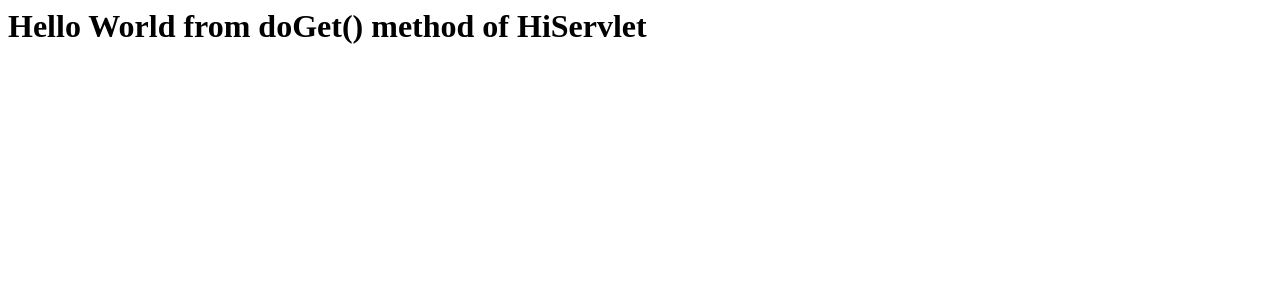
Repository: jacBowGo/revJava
Page: http://localhost/mine_first_servlet_app_demo/hi
An editor plug-in stored every save of this project. The page is shown before and after the next save, followed by the edit.
The browser window is 1280 px wide. The pictures show the whole page.
The page is served by Tomcat 9.

Above is the page before, as saved 2020-10-11 20:01:47.

After the next save:
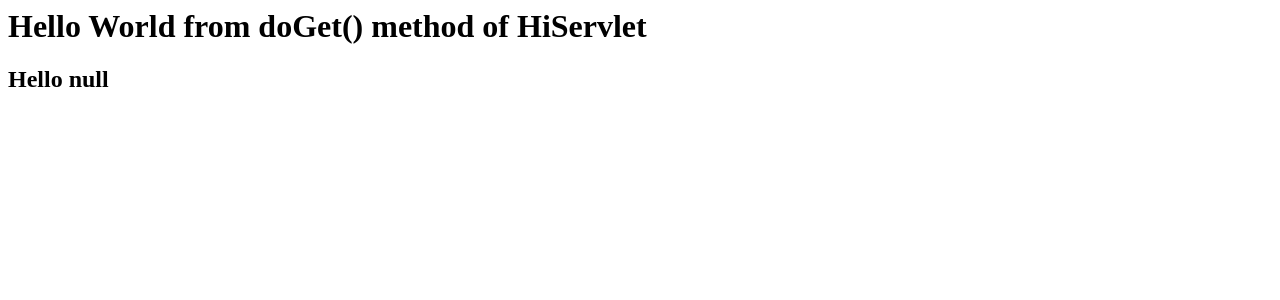
Saved 34 min 59 s later.
--- a/ASSIGNMENTS/mine_first_servlet_app_demo/src/com/app/controller/HiServlet.java
+++ b/ASSIGNMENTS/mine_first_servlet_app_demo/src/com/app/controller/HiServlet.java
@@ -29,6 +29,7 @@ public class HiServlet extends HttpServlet {
 		response.setContentType("text/html");
 		PrintWriter out = response.getWriter();
 		out.print("<h1>Hello World from doGet() method of HiServlet</h>");
+		out.print("<h2>Hello " + request.getParameter("fname") + "</h2");
 	}
 
 	/**
@@ -38,6 +39,7 @@ public class HiServlet extends HttpServlet {
 		response.setContentType("text/html");
 		PrintWriter out = response.getWriter();
 		out.print("<h1>Hello World from doPost() method of HiServlet</h>");
+		out.print("<h2>Hello " + request.getParameter("fname") + "</h2");
 	}
 
 }
